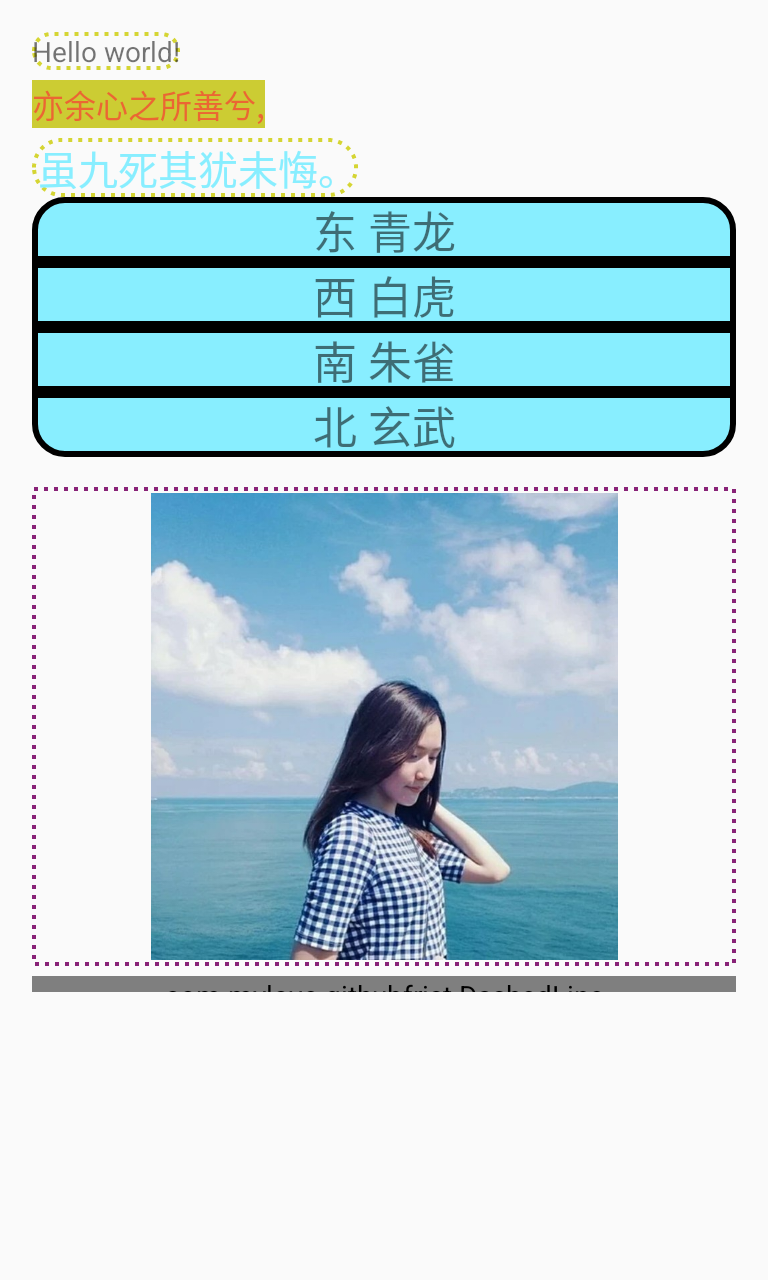
Repository: duhei/cici
Layout: GitHubFrist/res/layout/activity_main.xml
These files come from the project's save history. The layout is drawn as it stood at one moment and after the next save; the edit follows.
Pictures or frames that could not be fetched are drawn as grey boxes. It is drawn on a 768 x 1280 px phone screen (xhdpi) without system bars, with theme AppTheme; the app's code is not run.

Above is the layout before, as saved 2015-07-10 09:37:01.

### GitHubFrist/res/layout/activity_main.xml
<LinearLayout xmlns:android="http://schemas.android.com/apk/res/android"
    xmlns:tools="http://schemas.android.com/tools"
    android:layout_width="match_parent"
    android:layout_height="match_parent"
    android:paddingBottom="@dimen/activity_vertical_margin"
    android:paddingLeft="@dimen/activity_horizontal_margin"
    android:paddingRight="@dimen/activity_horizontal_margin"
    android:paddingTop="@dimen/activity_vertical_margin"
    tools:context="com.mylove.githubfrist.MainActivity"
    android:orientation="vertical"
    >

    <TextView
        android:layout_width="wrap_content"
        android:layout_height="wrap_content"
        android:text="@string/hello_world"
        android:background="@drawable/corner_shape"
        />

    <TextView
        style="@style/warp_content"
        android:text="@string/lisao1"
        android:background="#FFCCCC33"
        android:textColor="#99FF2233"
        android:textSize="16dp"
        />

    <TextView
        style="@style/warp_textCol"
        android:layout_width="wrap_content"
        android:layout_height="wrap_content"
        android:background="@drawable/corner_shape"
        android:paddingLeft="3dp"
        android:text="@string/lisao2" />

    <TextView
        android:layout_width="match_parent"
        android:layout_height="wrap_content"
        android:background="@drawable/con_shape_top"
        android:text="@string/east"
        android:textSize="22dp"
        android:gravity="center"

        />

    <TextView
        android:layout_width="match_parent"
        android:layout_height="wrap_content"
        android:text="@string/west"
        android:textSize="22dp"
        android:gravity="center"
        android:background="@drawable/stroke_shape"
        />

    <TextView
        android:layout_width="match_parent"
        android:layout_height="wrap_content"
        android:text="@string/south"
        android:textSize="22dp"
        android:gravity="center"
        android:background="@drawable/stroke_shape"
        />

    <TextView
        android:layout_width="match_parent"
        android:layout_height="wrap_content"
        android:background="@drawable/con_shape_bottom"
        android:text="@string/nouth"
        android:textSize="22dp"
        android:gravity="center"
        />


    <ImageView
        android:layout_marginTop="15dp"
        android:layout_width="match_parent"
        android:layout_height="wrap_content"
        android:background="@drawable/line_shape"
        android:src="@drawable/meinv09"
        android:paddingTop="3dp"
        android:paddingBottom="3dp"

        />

    <com.mylove.githubfrist.DashedLine
        android:layout_width="match_parent"
        android:layout_height="8dp"
        android:layout_marginTop="5dp"
        ></com.mylove.githubfrist.DashedLine>

</LinearLayout>

### GitHubFrist/res/values/strings.xml
<?xml version="1.0" encoding="utf-8"?>
<resources>

    <string name="app_name">GitHubFrist</string>
    <string name="hello_world">Hello world!</string>
    <string name="action_settings">Settings</string>

    <string name="lisao1">亦余心之所善兮,</string>
    <string name="lisao2">虽九死其犹未悔。</string>

    <string name="east">东 青龙</string>
    <string name="west">西 白虎</string>
    <string name="south">南 朱雀</string>
    <string name="nouth">北 玄武</string>
</resources>

### GitHubFrist/res/drawable-hdpi/corner_shape.xml
<?xml version="1.0" encoding="utf-8"?>
<shape xmlns:android="http://schemas.android.com/apk/res/android" >

    <corners android:radius="20dp"/>

    <stroke android:width="2dp"
        android:dashGap="3dp"
        android:dashWidth="2dp"
        android:color="#FFD5D533"/>

</shape>

### GitHubFrist/res/drawable-hdpi/con_shape_top.xml
<?xml version="1.0" encoding="utf-8"?>
<shape xmlns:android="http://schemas.android.com/apk/res/android" >

    <corners android:topLeftRadius="15dp"
        android:topRightRadius="15dp"
        android:bottomLeftRadius="0dp"
        android:bottomRightRadius="0dp"
        />

    <gradient android:startColor="#FF88EEFF"
        android:centerColor="#FF88EEFF"
        android:endColor="#FF88EEFF"/>

    <stroke android:width="3dp"
        android:color="#FF000000"/>

</shape>

### GitHubFrist/res/drawable-hdpi/stroke_shape.xml
<?xml version="1.0" encoding="utf-8"?>
<shape xmlns:android="http://schemas.android.com/apk/res/android" >

    <stroke
        android:width="3dp"
        android:color="#FF000000"
        />

    <gradient
        android:startColor="#FF88EEFF"
        android:endColor="#FF88EEFF"
        />

</shape>

### GitHubFrist/res/drawable-hdpi/con_shape_bottom.xml
<?xml version="1.0" encoding="utf-8"?>
<shape xmlns:android="http://schemas.android.com/apk/res/android"
    android:shape="rectangle">

    <corners android:topLeftRadius="0dp"
        android:topRightRadius="0dp"
        android:bottomLeftRadius="15dp"
        android:bottomRightRadius="15dp"
        />

    <gradient android:startColor="#FF88EEFF"
        android:centerColor="#FF88EEFF"
        android:endColor="#FF88EEFF"/>

    <stroke android:width="3dp"
        android:color="#FF000000"/>
</shape>

### GitHubFrist/res/drawable-hdpi/line_shape.xml
<?xml version="1.0" encoding="utf-8"?>
<shape xmlns:android="http://schemas.android.com/apk/res/android" >

    <stroke
        android:width="2dp"
        android:color="#FF882277"
        android:dashGap="3dp"
        android:dashWidth="2dp"
        />

</shape>

Loaded but not shown: GitHubFrist/res/values/styles.xml (common file); GitHubFrist/res/values-v11/styles.xml (common file); GitHubFrist/res/values-v14/styles.xml (common file); GitHubFrist/res/values/dimens.xml (common file); GitHubFrist/res/values-w820dp/dimens.xml (common file)

After the next save:
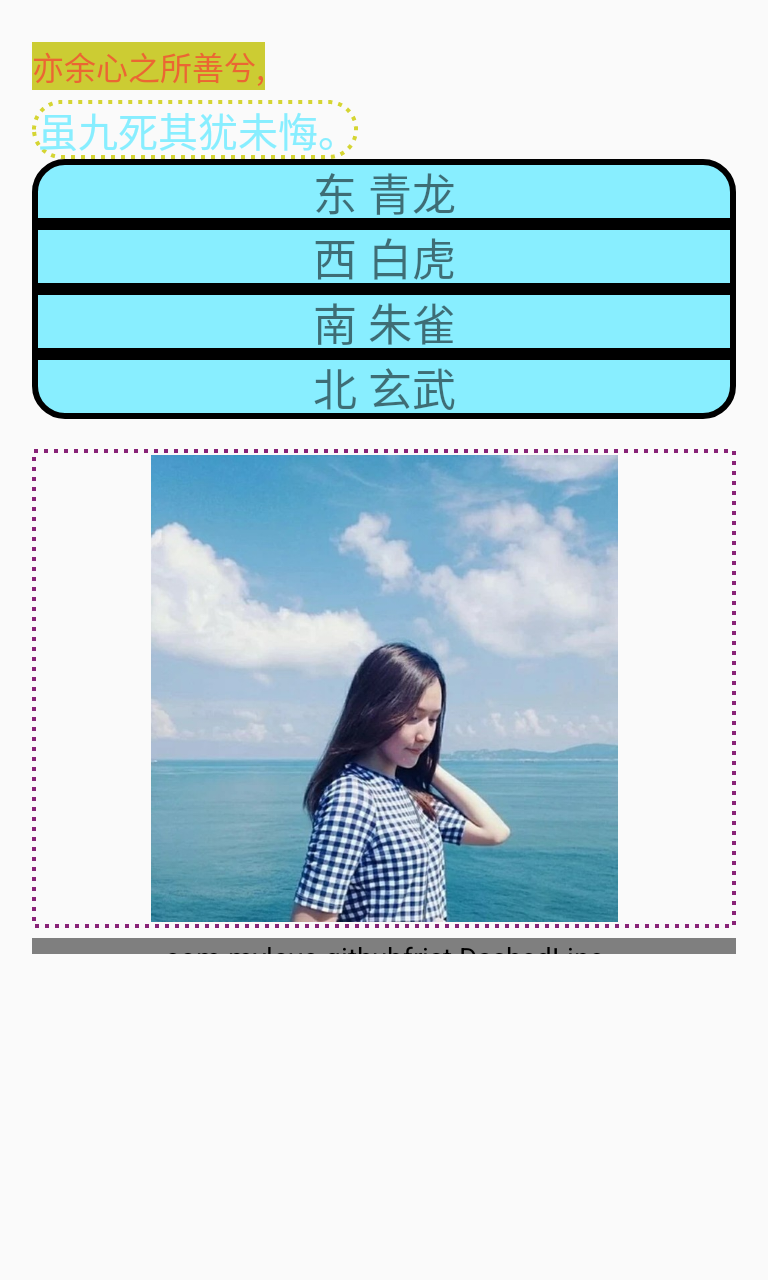
Saved 27 s later.
--- a/GitHubFrist/res/layout/activity_main.xml
+++ b/GitHubFrist/res/layout/activity_main.xml
@@ -9,13 +9,6 @@
     tools:context="com.mylove.githubfrist.MainActivity"
     android:orientation="vertical"
     >
-
-    <TextView
-        android:layout_width="wrap_content"
-        android:layout_height="wrap_content"
-        android:text="@string/hello_world"
-        android:background="@drawable/corner_shape"
-        />
 
     <TextView
         style="@style/warp_content"
